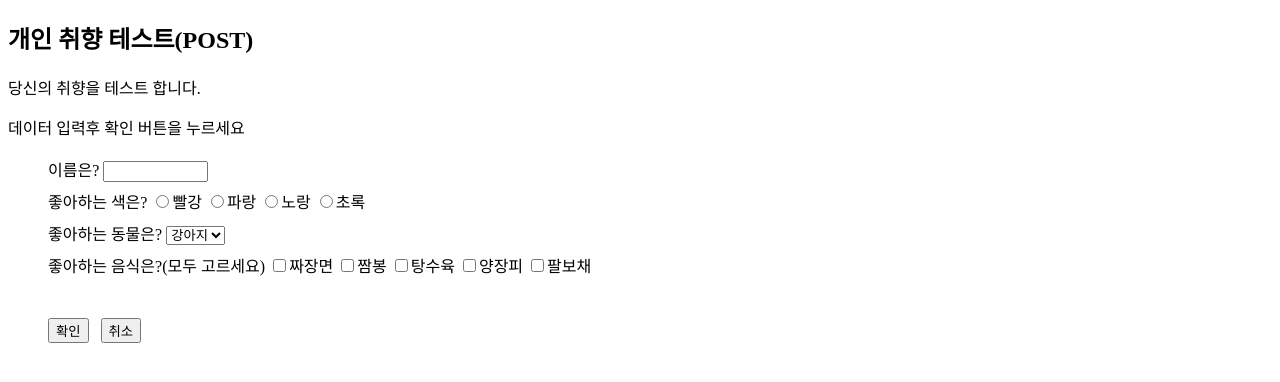
Repository: hjh705/web_server_workspace
Page: hello-web/src/main/webapp/servlet/03_testPerson.html
An editor plug-in stored every save of this project. The page is shown before and after the next save, followed by the edit.
The browser window is 1280 px wide. The pictures show the whole page.

Above is the page before, as saved 2023-12-06 06:26:31.

### hello-web/src/main/webapp/servlet/03_testPerson.html
<!DOCTYPE html>
<html>
<head>
<meta charset="UTF-8">
<title>개인 취향 테스트</title>
</head>
<body>
    <h2>개인 취향 테스트(POST)</h2>
    <p>당신의 취향을 테스트 합니다.</p>
    <p>데이터 입력후 확인 버튼을 누르세요</p>

    <form name="personFrm" action="/hello-web/testPerson2.do" method="post">
     <ul style="list-style: none; line-height: 200%;">
        <li>이름은?
            <input type="text" name="name" size="10" required/>
        </li>
        <li>좋아하는 색은?
            <input type="radio" id="red" name="color" value="빨강" required/><label for="red">빨강</label>
            <input type="radio" id="blue" name="color" value="파랑" /><label for="blue">파랑</label>
            <input type="radio" id="yellow" name="color" value="노랑" /><label for="yellow">노랑</label>
            <input type="radio" id="green" name="color" value="초록" /><label for="green">초록</label>
        </li>
        <li>좋아하는 동물은?
            <select name="animal">
                <option value="강아지">강아지</option>
                <option value="고양이">고양이</option>
                <option value="병아리">병아리</option>
            </select>
        </li>
        <li>좋아하는 음식은?(모두 고르세요)
            <input type="checkbox" name="food" id="food1" value="짜장면" /><label for="food1">짜장면</label>
            <input type="checkbox" name="food" id="food2" value="짬봉" /><label for="food2">짬봉</label>
            <input type="checkbox" name="food" id="food3" value="탕수육" /><label for="food3">탕수육</label>
            <input type="checkbox" name="food" id="food4" value="양장피" /><label for="food4">양장피</label>
            <input type="checkbox" name="food" id="food5" value="팔보채" /><label for="food5">팔보채</label>
        </li>
        <li>
            <br/>
            <input type="submit" id="btnOK" value="확인"  />&nbsp;&nbsp;
            <input type="reset"  value="취소" />
        </li>

     </ul>

    </form>
</body>
</html>

After the next save:
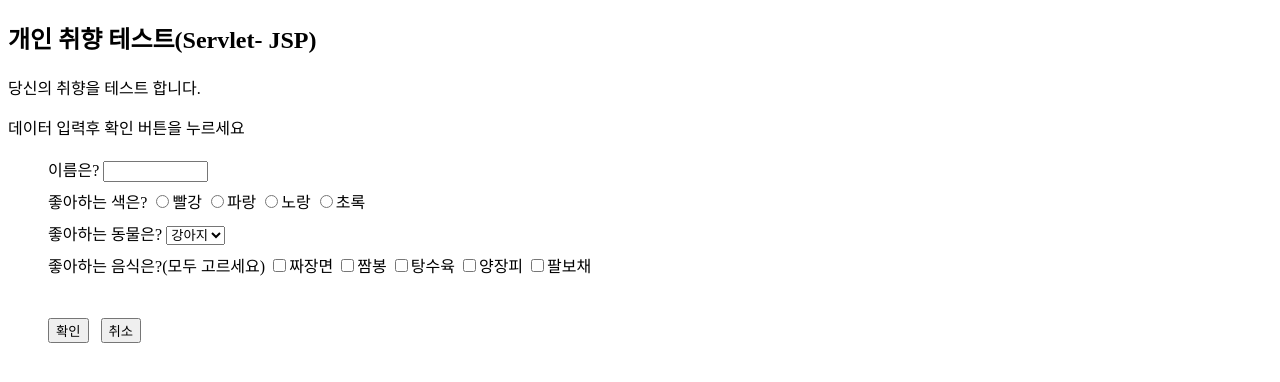
Saved 55 s later.
--- a/hello-web/src/main/webapp/servlet/03_testPerson.html
+++ b/hello-web/src/main/webapp/servlet/03_testPerson.html
@@ -5,11 +5,11 @@
 <title>개인 취향 테스트</title>
 </head>
 <body>
-    <h2>개인 취향 테스트(POST)</h2>
+    <h2>개인 취향 테스트(Servlet- JSP)</h2>
     <p>당신의 취향을 테스트 합니다.</p>
     <p>데이터 입력후 확인 버튼을 누르세요</p>
 
-    <form name="personFrm" action="/hello-web/testPerson2.do" method="post">
+    <form name="personFrm" action="/hello-web/testPerson3.do" method="post">
      <ul style="list-style: none; line-height: 200%;">
         <li>이름은?
             <input type="text" name="name" size="10" required/>
